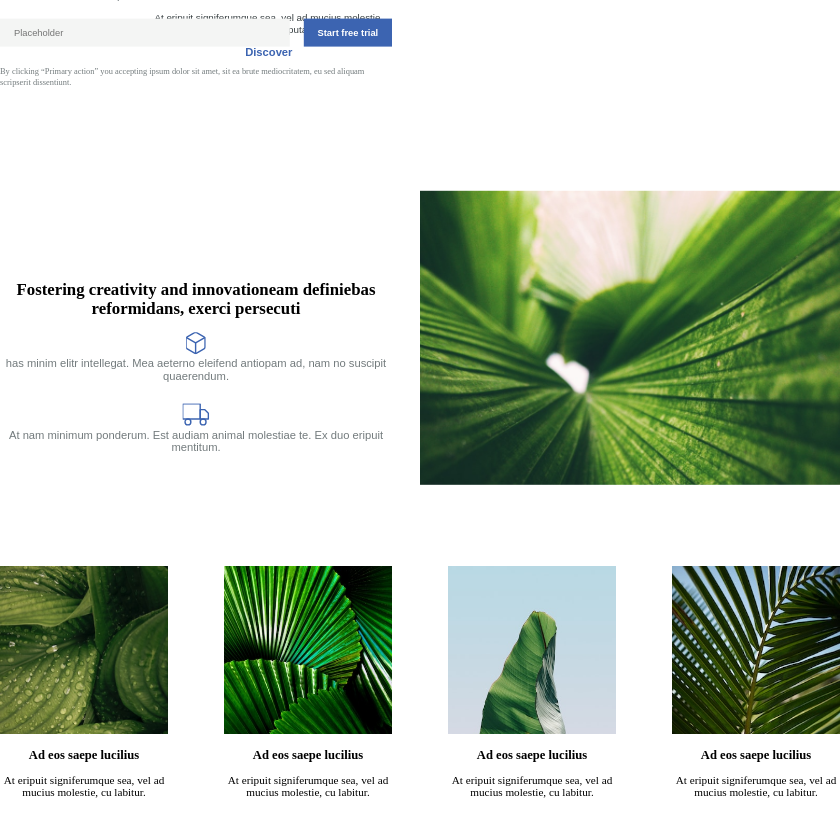
Repository: Mygit2001/LeTuSy_Test_Ecommage
Page: index.html
An editor plug-in stored every save of this project. The page is shown before and after a run of saves, followed by the edit.
The browser window is 768 px wide. The page is 1200 px wide, so the pictures cover 1200 px, including what lies to the right of the window. The pictures show the part of the page from y = 1412 to 3492 px (the page is 2604 px tall before and 3492 px after), at 70% of full size.
Some web fonts or font styles are not loaded; a fallback is used. Some web libraries are served in a nearby version.

Above is the page before, as saved 2023-02-15 23:53:00.

After the next 3 saves:
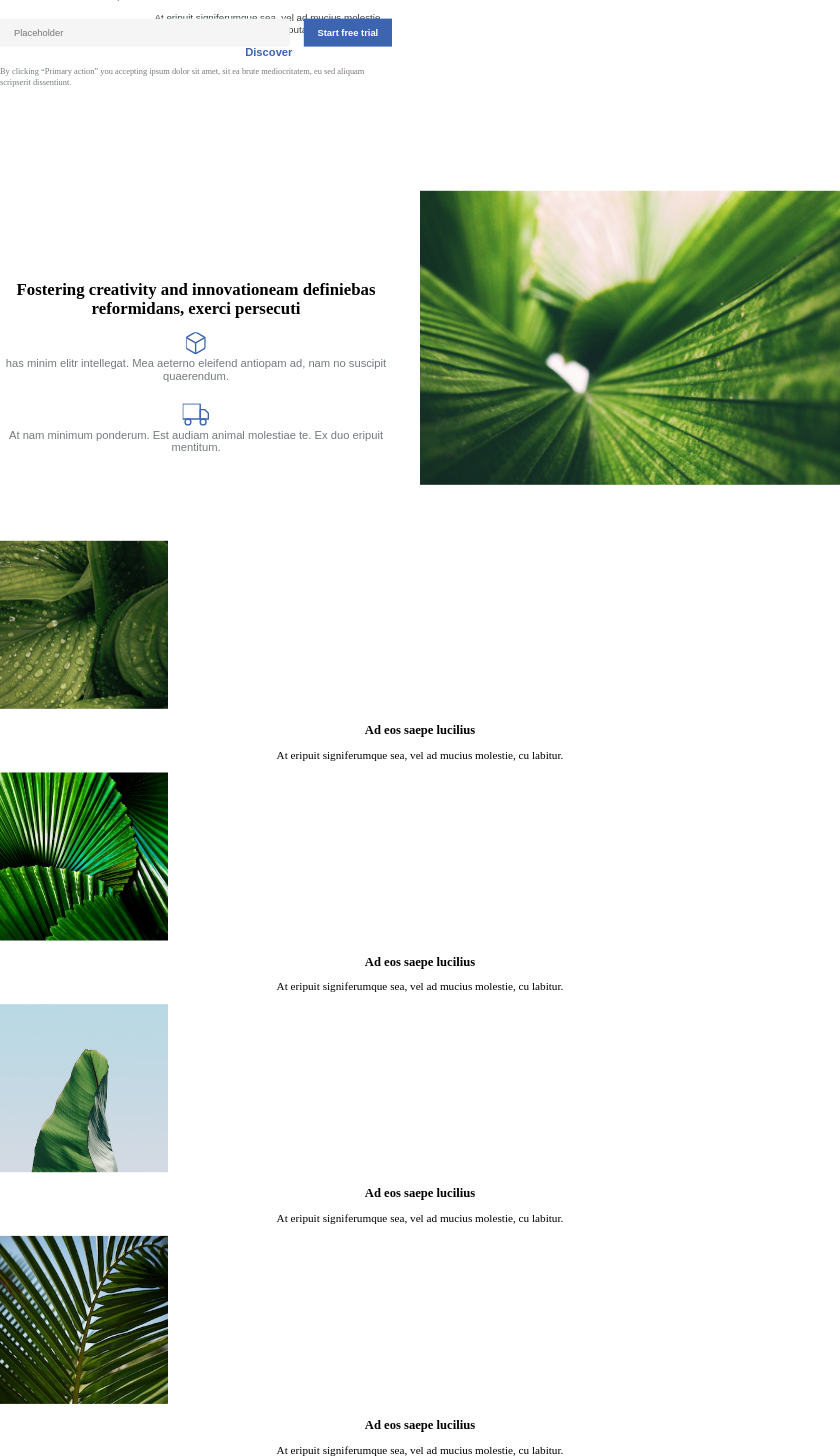
The 3 saves are shown as one change because they came seconds apart.
The last was saved 30 s later.
--- a/assets/css/responsive.css
+++ b/assets/css/responsive.css
@@ -101,4 +101,7 @@
     .content_block2-des {
         text-align: center;
     }
+    .main_content-foot {
+        display: inline-block;
+    }
 }

After the 3 saves that followed:
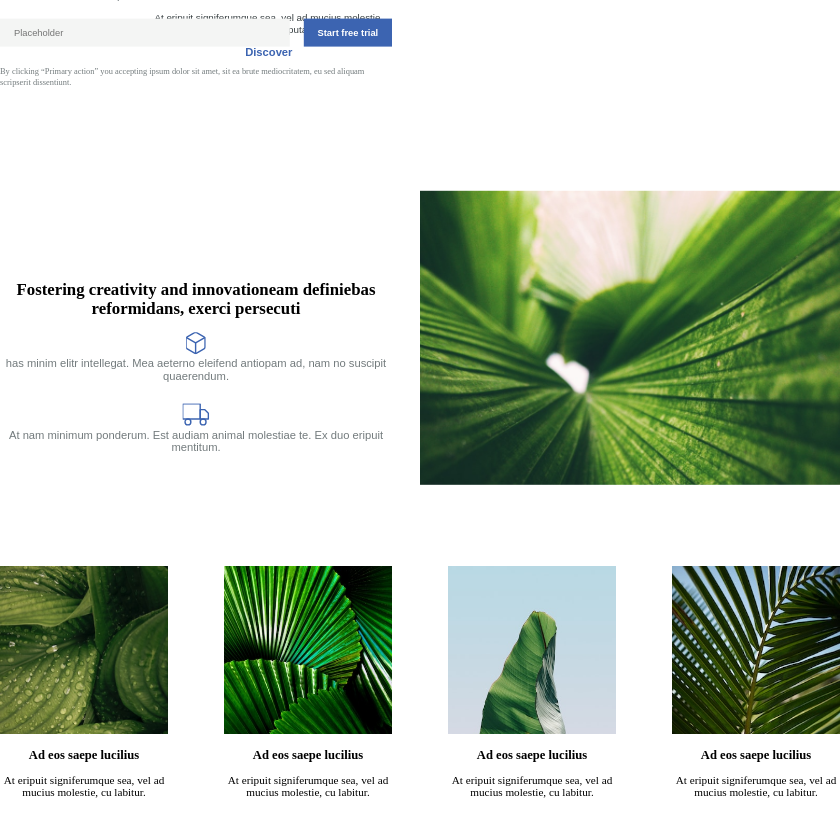
The 3 saves are shown as one change because they came seconds apart.
The last was saved 32 s later.
--- a/assets/css/responsive.css
+++ b/assets/css/responsive.css
@@ -102,6 +102,7 @@
         text-align: center;
     }
     .main_content-foot {
-        display: inline-block;
+        display: flex;
+        fle
     }
 }
